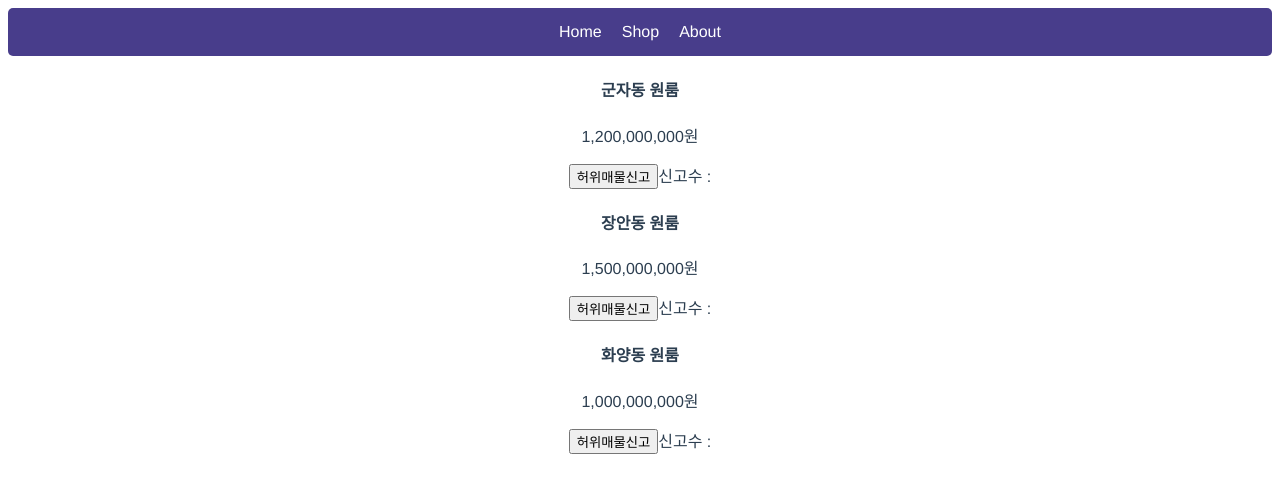
Repository: jy0813/Function
Page: / (app in function/)
These files come from the project's save history. The page is drawn as it stood at one moment and after the next save; the edit follows.
The browser window is 1280 px wide. The pictures show the whole page.
The project was rebuilt for these pictures with package versions that can differ from the ones it lists, and the page was loaded fresh each time.

Above is the page before, as saved 2022-02-23 15:38:44.

After the next save:
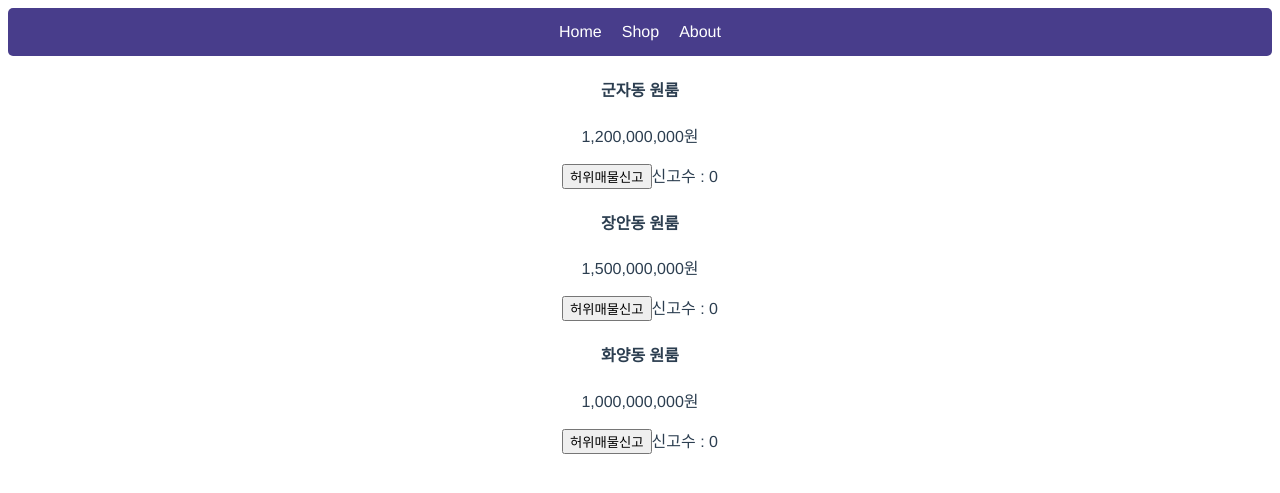
Saved 12 s later.
--- a/function/src/App.vue
+++ b/function/src/App.vue
@@ -6,7 +6,7 @@
   <h4>{{item.address}}</h4>
   <p>{{numSet(item.price)}}원</p>
   <button @click="reportBtn">허위매물신고</button>
-  <span>신고수 : {{report}}</span>
+  <span>신고수 : {{item.report}}</span>
 </div>
 </template>
 
